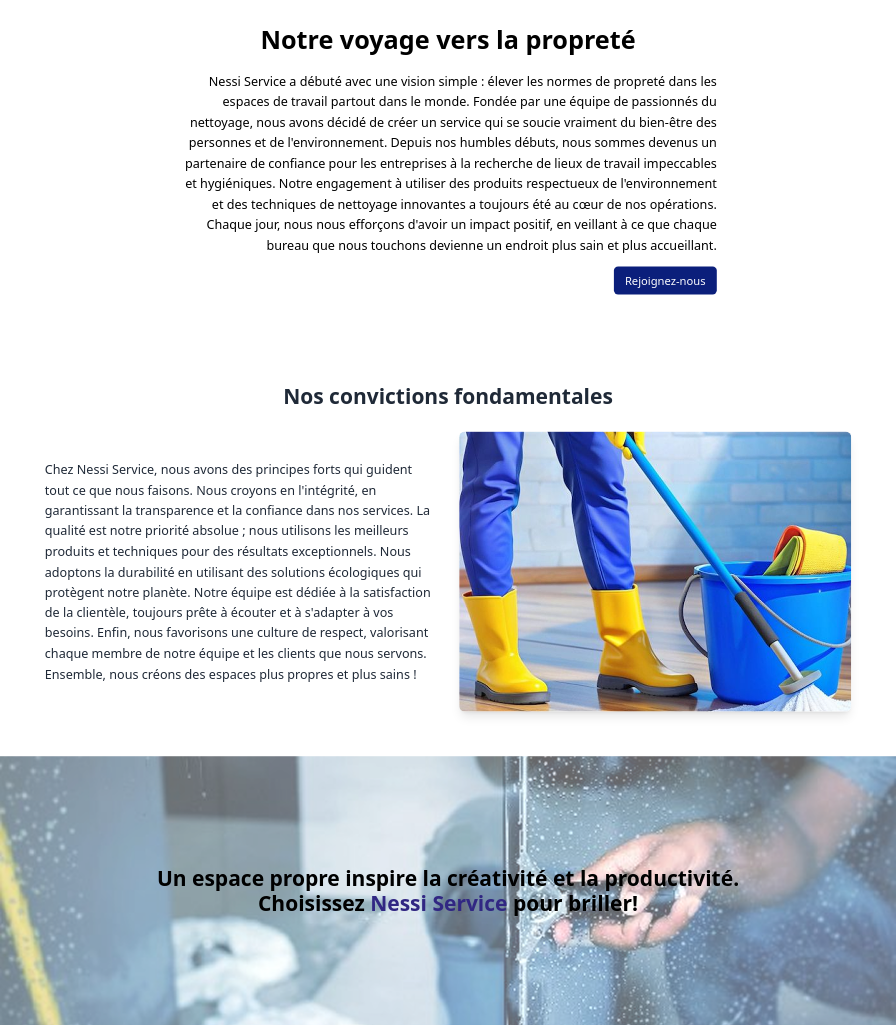
Repository: MDiouf9/Nessi
Page: /About
An editor plug-in stored every save of this project. The page is shown before and after a run of saves, followed by the edit.
The browser window is 1280 px wide. The pictures show the part of the page from y = 1432 to 3352 px (the page is 2896 px tall before and 3352 px after), at 70% of full size.
The project was rebuilt for these pictures with package versions that can differ from the ones it lists, and the page was loaded fresh each time. Also part of the build but not shown: vite.config.js, src/Global.css, src/App.css, src/Pages/Home.jsx, src/Pages/NotFound.jsx, src/components/Countries.jsx, src/Pages/Services.jsx, src/Pages/Contact.jsx.

Above is the page before, as saved 2025-03-10 18:46:16.

### src/main.jsx
import { StrictMode } from 'react'
import { createRoot } from 'react-dom/client'
import './index.css'
import './Global.css'
import App from './App.jsx'

createRoot(document.getElementById('root')).render(
  <StrictMode>
    <App />
  </StrictMode>,
)

### src/index.css
@tailwind base;
@tailwind components;
@tailwind utilities;
























/* :root {
  font-family: Inter, system-ui, Avenir, Helvetica, Arial, sans-serif;
  line-height: 1.5;
  font-weight: 400;

  color-scheme: light dark;
  color: rgba(255, 255, 255, 0.87);
  background-color: #242424;

  font-synthesis: none;
  text-rendering: optimizeLegibility;
  -webkit-font-smoothing: antialiased;
  -moz-osx-font-smoothing: grayscale;
}

a {
  font-weight: 500;
  color: #646cff;
  text-decoration: inherit;
}
a:hover {
  color: #535bf2;
}

body {
  margin: 0;
  display: flex;
  place-items: center;
  min-width: 320px;
  min-height: 100vh;
}

h1 {
  font-size: 3.2em;
  line-height: 1.1;
}

button {
  border-radius: 8px;
  border: 1px solid transparent;
  padding: 0.6em 1.2em;
  font-size: 1em;
  font-weight: 500;
  font-family: inherit;
  background-color: #1a1a1a;
  cursor: pointer;
  transition: border-color 0.25s;
}
button:hover {
  border-color: #646cff;
}
button:focus,
button:focus-visible {
  outline: 4px auto -webkit-focus-ring-color;
}

@media (prefers-color-scheme: light) {
  :root {
    color: #213547;
    background-color: #ffffff;
  }
  a:hover {
    color: #747bff;
  }
  button {
    background-color: #f9f9f9;
  }
} */

### src/App.jsx

import { BrowserRouter , Routes, Route  } from "react-router-dom"
// import reactLogo from './assets/react.svg'
// import viteLogo from '/vite.svg'
import './App.css'
import Home from './Pages/Home'
import NotFound from './Pages/NotFound'
import About from './Pages/About'
import Countries from './components/Countries'
import Services from './Pages/Services'
import Contact from './Pages/Contact'


function App() {

  return (
    <>
     <BrowserRouter>
      <Routes>
        <Route path="/"  element={<Home />} />
        <Route path='/About' element={<About/>} />
        <Route path='/Services' element={<Services/>} />
        <Route path='/Contact' element={<Contact/>} />
        <Route path='/Countries' element={<Countries/>} />
        <Route path='*' element={<NotFound/>} />
      </Routes>
    </BrowserRouter>

    </>
  )
}

export default App

### src/Pages/About.jsx

import Header from '../components/Header'
import SectionWithImage from '../components/Sectionlesft'
import regulier from "../assets/fememenage.png";
import propre from "../assets/mrpropre.png";
import SectionWithTitle from '../components/SectionTitle';
import OurJourneySection from '../components/SectionTexte';
import laveur from "../assets/laveur vitre.png";


const About = () => {
  return (
    <div>

        <Header/>
        <section className="bg-[#312783] text-white py-16 flex justify-center items-center">
      <h1 className="text-4xl md:text-6xl font-bold">PURE EXCELLENCE</h1>
    </section>
    {/* section 2 */}
    <section className=" text-white py-16 flex justify-center items-center">
      <h1 className="text-4xl md:text-6xl font-bold"> <section className=" text-black py-16 flex justify-center items-center">
      <h1 className="text-4xl md:text-6xl font-bold text-center">Engagé pour votre espace <br /> propre !</h1>
    </section></h1>
    </section>

        <SectionWithImage
             imageSrc={regulier} // Image à afficher
             altText="Nettoyage en action" // Texte alternatif
             title="" // Titre de la section
             content="Chez Nessi Service, nous pensons qu’un espace de travail propre conduit à des équipes plus heureuses et plus productives. Notre objectif est de fournir des services de nettoyage de premier ordre adaptés à vos besoins uniques. Nous sommes fiers d’utiliser des techniques modernes et des produits respectueux de l’environnement, garantissant que votre bureau non seulement a fière allure, mais favorise également un environnement sain. Avec notre équipe dévouée d’experts en nettoyage, nous promettons de transformer votre espace de travail en un espace frais et accueillant où la créativité et la productivité peuvent s’épanouir. Créons ensemble un avenir plus propre !"
           />

<OurJourneySection />


<SectionWithTitle
  imageSrc={propre}
  altText="Nettoyage professionnel"
  title="Nos convictions fondamentales"
  content=" Chez Nessi Service, nous avons des principes forts qui guident tout ce que nous faisons. Nous croyons en l'intégrité, en garantissant la transparence et la confiance dans nos services. La qualité est notre priorité absolue ; nous utilisons les meilleurs produits et techniques pour des résultats exceptionnels. Nous adoptons la durabilité en utilisant des solutions écologiques qui protègent notre planète. Notre équipe est dédiée à la satisfaction de la clientèle, toujours prête à écouter et à s'adapter à vos besoins. Enfin, nous favorisons une culture de respect, valorisant chaque membre de notre équipe et les clients que nous servons. Ensemble, nous créons des espaces plus propres et plus sains !"
/>


<section className="relative bg-cover bg-center py-16 h-96 flex items-center justify-center"
      style={{ backgroundImage: `url(${laveur})` }}>

      {/* Overlay transparent */}
      <div className="absolute inset-0 bg-white bg-opacity-40"></div>

      {/* Texte au milieu */}
      <h2 className="relative text-2xl md:text-3xl font-bold text-black text-center px-6">
        Un espace propre inspire la créativité et la productivité.
        <br />Choisissez <span className="text-[#312783]">Nessi Service</span> pour briller!
      </h2>

    </section>
  <footer></footer>
    </div>
  )
}

export default About

### src/components/Header.jsx
import  { useState } from "react";
import { Link } from "react-router-dom";
import logo from "../assets/logo1.png";

const navLinks = [
  { name: "Accueil", path: "/" },
  { name: "À propos", path: "/about" },
  { name: "Nos services", path: "/services" },
  { name: "Contact", path: "/contact" }
];

const Header = () => {
  const [isMenuOpen, setIsMenuOpen] = useState(false); // État pour gérer l'ouverture du menu mobile

  return (
    <header className="bg-[#312783] text-white p-4 shadow-lg">
      <div className="container mx-auto flex justify-between items-center">
        {/* Logo */}
        <img src={logo} alt="Logo" className="h-20" />

        {/* Menu burger pour mobile */}
        <button
          className="lg:hidden text-white text-2xl"
          onClick={() => setIsMenuOpen(!isMenuOpen)}
          aria-label="Toggle Menu"
        >
          {isMenuOpen ? (
            <span>&#10005;</span>  // Croix de fermeture du menu
          ) : (
            <span>&#9776;</span>  // Icône hamburger
          )}
        </button>

        {/* Navigation */}
        <nav className={`lg:flex ${isMenuOpen ? "block" : "hidden"} lg:bg-transparent bg-[#312783]`}>
          <ul className="lg:flex lg:space-x-8 flex-col lg:flex-row space-y-4 lg:space-y-0 p-6 lg:p-0">
            {navLinks.map((link, index) => (
              <li key={index} className="relative">
                <Link
                  to={link.path}
                  className="hover:text-gray-300 text-lg transition-colors duration-300 ease-in-out"
                >
                  {link.name}
                </Link>
                {/* Ajouter une barre sous le lien actif */}
              </li>
            ))}
          </ul>
        </nav>
      </div>


    </header>
  );
};

export default Header;

### src/components/Sectionlesft.jsx
const SectionWithImage = ({ imageSrc, altText, title, content }) => {
    return (
      <section className="bg-white py-16 px-6 md:px-16">
        <div className="container mx-auto flex flex-col md:flex-row items-center gap-8">
          {/* Image à gauche */}
          <div className="md:w-1/2 flex justify-aound items-center">
            <img src={imageSrc} alt={altText} className="w-full h-full max-h-[500px] object-center  rounded-lg shadow-lg" />
          </div>

          {/* Texte à droite */}
          <div className="md:w-1/2 flex flex-col justify-center h-full">
            <h2 className="text-3xl font-bold mb-4">{title}</h2>
            <p className="text-2xl leading-relaxed">{content}</p>
          </div>
        </div>
      </section>
    );
  };

  export default SectionWithImage;

### src/components/SectionTitle.jsx
const SectionWithTitle = ({ imageSrc, altText, title, content }) => {
    return (
      <section className="bg-white py-16 px-6 md:px-16">
        <div className="container mx-auto text-center mb-8">
          <h2 className="text-3xl font-bold text-gray-800">{title}</h2>
        </div>

        <div className="container mx-auto flex flex-col md:flex-row items-center gap-8">
          {/* Texte à gauche */}
          <div className="md:w-1/2 flex flex-col justify-center h-full text-gray-800">
            <p className="text-lg leading-relaxed">{content}</p>
          </div>

          {/* Image à droite */}
          <div className="md:w-1/2 flex justify-center items-center">
            <img src={imageSrc} alt={altText} className="w-full h-full max-h-[400px] object-cover rounded-lg shadow-lg" />
          </div>
        </div>
      </section>
    );
  };

  export default SectionWithTitle;

### src/components/SectionTexte.jsx
const OurJourneySection = () => {
    return (
      <section className="text-black py-16 px-6 md:px-16">
        <div className="container mx-auto text-center">
          {/* Titre */}
          <h2 className="text-4xl font-bold mb-6">Notre voyage vers la propreté</h2>

          {/* Texte + bouton aligné à gauche */}
          <div className="max-w-3xl mx-auto text-right">
            <p className="text-lg leading-relaxed">
              Nessi Service a débuté avec une vision simple : élever les normes de propreté dans les espaces de travail partout dans le monde.
              Fondée par une équipe de passionnés du nettoyage, nous avons décidé de créer un service qui se soucie vraiment du bien-être des personnes et de l'environnement.
              Depuis nos humbles débuts, nous sommes devenus un partenaire de confiance pour les entreprises à la recherche de lieux de travail impeccables et hygiéniques.
              Notre engagement à utiliser des produits respectueux de l'environnement et des techniques de nettoyage innovantes a toujours été au cœur de nos opérations.
              Chaque jour, nous nous efforçons d'avoir un impact positif, en veillant à ce que chaque bureau que nous touchons devienne un endroit plus sain et plus accueillant.
            </p>

            {/* Bouton aligné à gauche */}
            <div className="mt-4">
              <button className="bg-[#0B1F7B] px-4 py-2 text-white rounded-md">Rejoignez-nous</button>
            </div>
          </div>
        </div>
      </section>
    );
  };

  export default OurJourneySection;

### src/components/Footer.jsx
import { FaFacebook, FaInstagram, FaLinkedin, FaTwitter, FaPhone, FaMapMarkerAlt, FaEnvelope } from "react-icons/fa";
import logo from "../assets/logo1.png";

const Footer = () => {
  return (
    <div>
        <footer className="bg-[#0B1F7B] text-white py-10">
    <div className="flex ">
          <img src={logo} alt="Logo" className="h-28" />
        </div>
      <div className="container mx-auto px-6">


        {/* Première section */}
        <div className="flex flex-col lg:flex-row justify-between items-start mt-8 gap-8">
          {/* Première colonne */}
          <div className="lg:w-1/3 flex flex-col items-center text-center">
            <p className="mt-4 text-lg">
              NESSI Service garantit des services de nettoyage professionnels pour un espace propre, sain et accueillant.
            </p>
            <h2 className="py-4">SUIVEZ NOUS:</h2>
            <div className="mt-4 flex space-x-4">

              <a href="#" className="text-gray-300 hover:text-white">
                <FaFacebook size={24} />
              </a>
              <a href="#" className="text-gray-300 hover:text-white">
                <FaInstagram size={24} />
              </a>
              <a href="#" className="text-gray-300 hover:text-white">
                <FaLinkedin size={24} />
              </a>
              <a href="#" className="text-gray-300 hover:text-white">
                <FaTwitter size={24} />
              </a>
            </div>
          </div>

          {/* Deuxième colonne */}
          <div className="lg:w-1/3 flex flex-col items-center">
            <h3 className="text-xl font-bold">Navigation</h3>
            <ul className="mt-4 space-y-2 text-center">
              <li><a href="/services" className="hover:text-gray-300">Services</a></li>
              <li><a href="/" className="hover:text-gray-300">Accueil</a></li>
              <li><a href="/services" className="hover:text-gray-300">Nos Services</a></li>
              <li><a href="/about" className="hover:text-gray-300">À propos de nous</a></li>
            </ul>
          </div>

          {/* Troisième colonne */}
          <div className="lg:w-1/3 flex flex-col items-center">
            <h3 className="text-xl font-bold">Contact</h3>
            <ul className="mt-4 space-y-4 text-center">
              <li className="flex items-center justify-center gap-2">
                <FaPhone className="text-gray-300" />
                +221 77 096 41 65
              </li>
              <li className="flex items-center justify-center gap-2">
                <FaMapMarkerAlt className="text-gray-300" />
                Dakar, Sénégal, HLM 4, Villa n°1195
              </li>
              <li className="flex items-center justify-center gap-2">
                <FaEnvelope className="text-gray-300" />
                <a href="mailto:nessiservice@gmail.com" className="hover:text-gray-300">nessiservice@gmail.com</a>
              </li>
            </ul>
          </div>
        </div>

        {/* Texte footer avec mentions légales et copyright */}

      </div>
    </footer>
    <div className="mx-2   py-2 ">
          <p className="text-sm">Mentions légales  Conditions de confidentialité @Bysouadou © 2024 NESSI Service. Tous droits réservés.


          </p>
        </div>
         </div>
  );
};

export default Footer;

Loaded but not shown: index.html (common file); tailwind.config.js (common file)

After the next 6 saves:
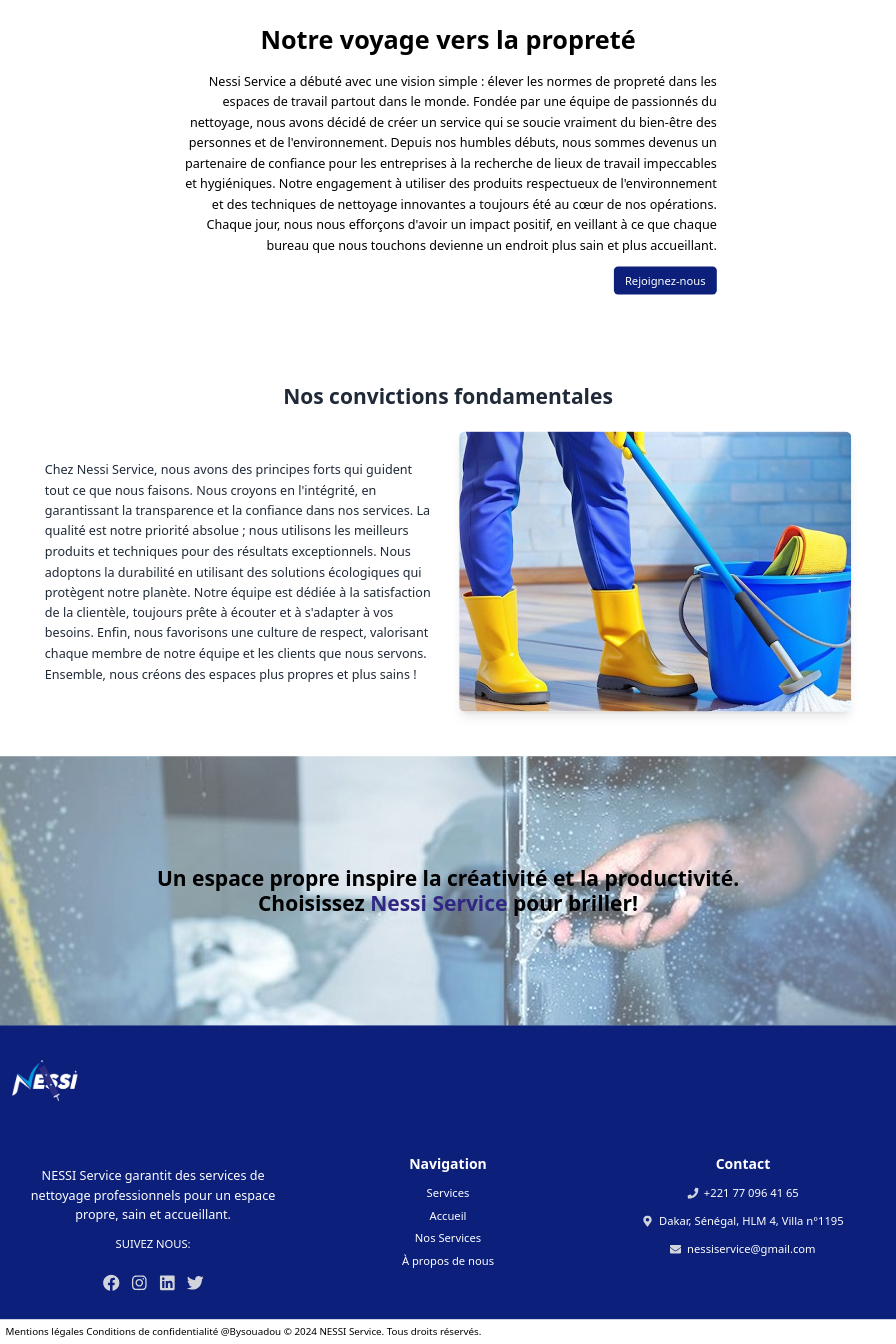
The 6 saves are shown as one change because 1 did not build or start and some came seconds apart.
The last was saved 16 s later.
--- a/src/Pages/About.jsx
+++ b/src/Pages/About.jsx
@@ -6,6 +6,7 @@
 import SectionWithTitle from '../components/SectionTitle';
 import OurJourneySection from '../components/SectionTexte';
 import laveur from "../assets/laveur vitre.png";
+import Footer from '../components/Footer';
 
 
 const About = () => {
@@ -54,7 +55,7 @@
       </h2>
 
     </section>
-  <footer></footer>
+  <Footer/>
     </div>
   )
 }
